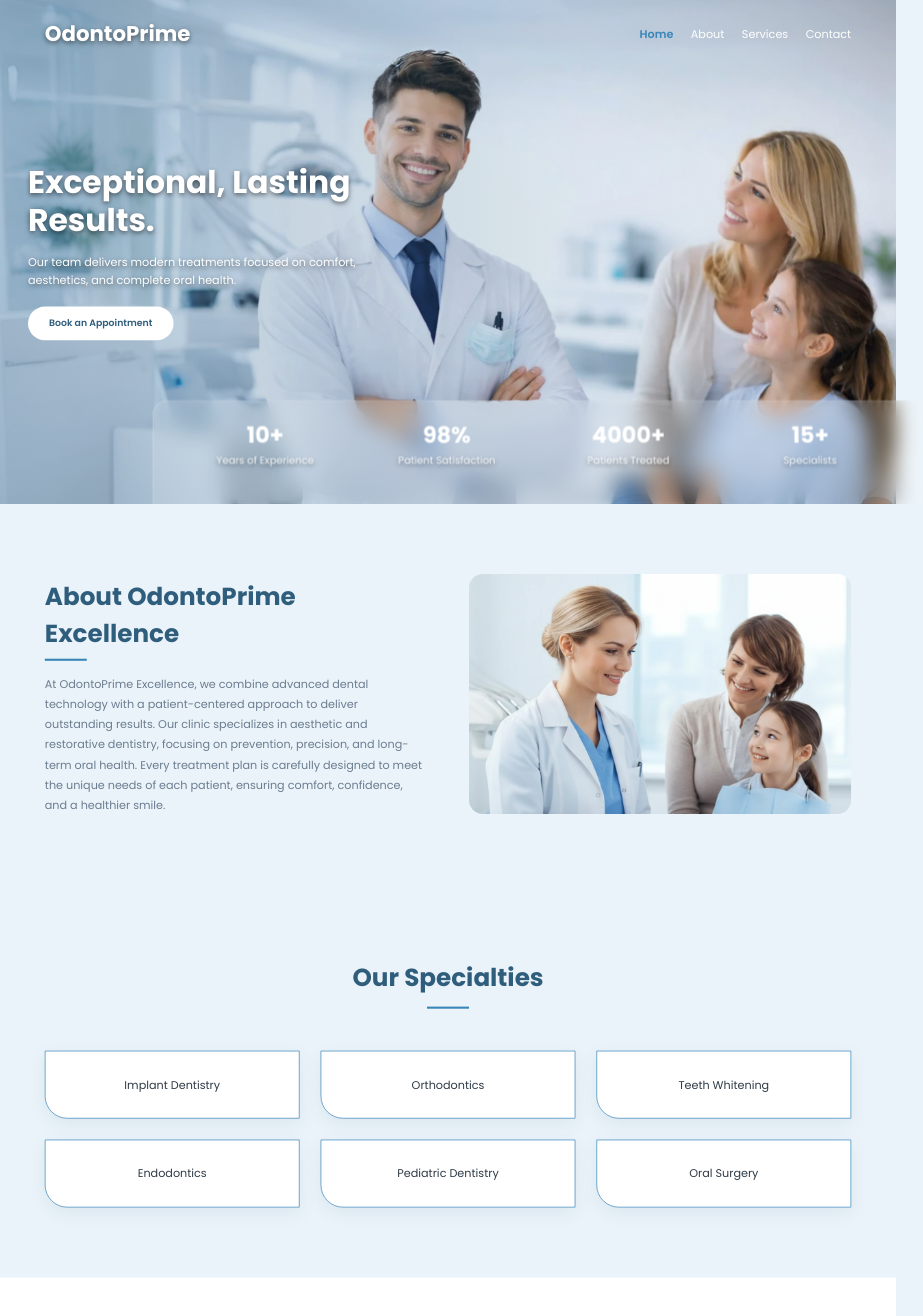
Repository: davidfsillva/OdontoPrime
Page: index.html
An editor plug-in stored every save of this project. The page is shown before and after the next save, followed by the edit.
The browser window is 1280 px wide. The page is 1318 px wide, so the pictures cover 1318 px, including what lies to the right of the window. The pictures show the part of the page from y = 0 to 1880 px (the page is 2680 px tall before and 2705 px after), at 70% of full size.

Above is the page before, as saved 2026-02-16 22:21:39.

### index.html
<!DOCTYPE html>
<html lang="en">
<head>
<meta charset="UTF-8">
<meta name="viewport" content="width=device-width, initial-scale=1.0">
<title>OdontoPrime Excellence</title>

<link rel="stylesheet" href="style.css">
<link href="https://fonts.googleapis.com/css2?family=Poppins:wght@300;400;600;700&display=swap" rel="stylesheet">
</head>

<body>

<header>
    <div class="container nav-container">
        <div class="logo">OdontoPrime</div>

        <nav id="nav">
            <a href="index.html" class="active">Home</a>
            <a href="about.html">About</a>
            <a href="services.html">Services</a>
            <a href="contact.html">Contact</a>
        </nav>

        <div class="menu-toggle" onclick="toggleMenu()">☰</div>
    </div>
</header>

<!-- HERO -->
<section class="hero">
    <div class="container hero-content">
        <div class="hero-text">
            <h1>
                Exceptional, Lasting Results.
            </h1>

            <p>
                Our team delivers modern treatments focused on comfort,
                aesthetics, and complete oral health.
            </p>

            <button class="btn">Book an Appointment</button>
        </div>
    </div>

    <!-- GLASS CARD STATS -->
    <div class="hero-stats">
        <div class="stat-item">
            <h2>10+</h2>
            <p>Years of Experience</p>
        </div>

        <div class="stat-item">
            <h2>98%</h2>
            <p>Patient Satisfaction</p>
        </div>

        <div class="stat-item">
            <h2>4000+</h2>
            <p>Patients Treated</p>
        </div>

        <div class="stat-item">
            <h2>15+</h2>
            <p>Specialists</p>
        </div>
    </div>
</section>

<!-- ABOUT PREVIEW -->
<section class="about-preview">
    <div class="container about-grid">
        <div class="about-text">
            <h2>About OdontoPrime Excellence</h2>
            <p>
                At OdontoPrime Excellence, we combine advanced dental technology with a patient-centered approach to deliver outstanding results.
                Our clinic specializes in aesthetic and restorative dentistry, focusing on prevention, precision, and long-term oral health.
                Every treatment plan is carefully designed to meet the unique needs of each patient, ensuring comfort, confidence, and a healthier smile.
            </p>
        </div>

        <div class="about-image">
            <img src="img/md.cl.webp" alt="Professional dentist">
        </div>
    </div>
</section>

<!-- SPECIALTIES -->
<section class="departments">
    <div class="container">
        <h2>Our Specialties</h2>

        <div class="dept-grid">
            <div class="card">Implant Dentistry</div>
            <div class="card">Orthodontics</div>
            <div class="card">Teeth Whitening</div>
            <div class="card">Endodontics</div>
            <div class="card">Pediatric Dentistry</div>
            <div class="card">Oral Surgery</div>
        </div>
    </div>
</section>

<!-- WHY CHOOSE US -->
<section class="why-us">
    <div class="container">
        <h2>Why Choose OdontoPrime?</h2>

        <div class="dept-grid">

            <div class="card why-card">
                <img src="img/tecn.png" alt="Modern dental technology">
                <div class="card-content">
                    <h3>Modern Technology</h3>
                    <p>Advanced equipment for precise and comfortable treatments.</p>
                </div>
            </div>

            <div class="card why-card">
                <img src="img/expd.png" alt="Experienced dentist">
                <div class="card-content">
                    <h3>Experienced Dentists</h3>
                    <p>Highly trained professionals dedicated to your smile.</p>
                </div>
            </div>

            <div class="card why-card">
                <img src="img/conft.png" alt="Patient comfort">
                <div class="card-content">
                    <h3>Comfort-Focused Care</h3>
                    <p>A relaxing environment designed entirely around patient well-being.</p>
                </div>
            </div>


        </div>
    </div>


        <div>
            <a href="services.html" class="btn-view">View All Services</a>
        </div>
    </div>

</section>

<footer>
    <p>© 2026 OdontoPrime - All Rights Reserved</p>
</footer>

<script>
function toggleMenu(){
    document.getElementById("nav").classList.toggle("active");
}
</script>

</body>
</html>

### style.css
:root{

    --primary-blue: #2F5D7C;
    --secondary-blue: #4F7FA3;
    --accent-blue: #3A86B9;

    --bg-light: #EAF3F9;
    --white: #FFFFFF;
    --off-white: #E6EEF5;

    --text-dark: #2E3A46;
    --text-medium: #6B7C8F;

    --hero-gradient-start: rgba(47, 93, 124, 0.95);
    --hero-gradient-end: rgba(79, 127, 163, 0.85);

    --shadow-soft: 0 5px 20px rgba(47, 93, 124, 0.08);
}

*{
    margin:0;
    padding:0;
    box-sizing:border-box;
    font-family:'Poppins', sans-serif;
}

body{
    background:var(--bg-light);
    color:var(--text-dark);
}

.container{
    width:90%;
    max-width:1200px;
    margin:auto;
}

/* HEADER */

nav{
    display:flex;
    align-items:center;
}

header{
    position:absolute;
    width:100%;
    padding:25px 0;
    z-index:1000;
    background:transparent;
}

.nav-container{
    display:flex;
    justify-content:space-between;
    align-items:center;
}

.logo{
    font-weight:700;
    font-size:1.9rem;
    color:var(--white);
    text-shadow: 0 3px 8px rgba(0, 0, 0, 0.5);
}

nav a{
    margin-left:25px;
    text-decoration:none;
    color:var(--white);
    font-weight:500;
    transition:0.3s;
}

nav a:hover{
    color:var(--accent-blue);
}

.menu-toggle{
    display:none;
    font-size:24px;
    cursor:pointer;
    color:var(--white);
}

nav a.active{
    color: var(--accent-blue);
    font-weight: 600;
    position: relative;
}

/* HERO */

.hero{
    min-height:100vh;
    display:flex;
    align-items:center;
    background:
    linear-gradient(to right,
    rgba(79, 127, 163, 0.438),
    rgba(58, 134, 185, 0.048)),
    url('img/hero.webp') center/cover no-repeat;
    color:var(--white);
    padding:0 0;
    position:relative;
}

.hero-content{
    width:100%;
}

.hero-text{
    max-width:600px;
}

.hero h1{
    font-size:2.8rem;
    margin-bottom:20px;
    font-weight:700;
    line-height:1.2;
    text-shadow: 0 3px 8px rgba(0, 0, 0, 0.5);
}

.hero p{
    margin-bottom:25px;
    max-width:500px;
    font-size:16px;
    line-height:1.6;
    color:var(--white);
    text-shadow: 0 3px 8px rgba(0, 0, 0, 0.5);
}

.hero-about{
    background: var(--primary-blue);
    min-height: 60vh;
}


/* HERO STATS */

.hero-stats{
    position:absolute;
    bottom:0px;
    left:60%;
    transform:translateX(-50%);
    width:90%;
    max-width:1100px;
    display:grid;
    grid-template-columns:repeat(auto-fit, minmax(180px,1fr));
    gap:20px;
    padding:25px 40px;
    background:rgba(255,255,255,0.15);
    backdrop-filter:blur(15px);
    -webkit-backdrop-filter:blur(15px);
    border-radius:20px 0px 0px 0px;
    border:1px solid rgba(255,255,255,0.2);
}

.stat-item{
    text-align:center;
    color:var(--white);
}

.stat-item h2{
    font-size:2rem;
    font-weight:700;
}

.stat-item p{
    font-size:0.9rem;
    opacity:0.9;
}

/* BUTTONS */

.btn{
    padding:14px 30px;
    background:var(--white);
    border:none;
    color:var(--primary-blue);
    font-weight:600;
    border-radius:30px;
    cursor:pointer;
    transition:0.3s;
}

.btn:hover{
    background:var(--accent-blue);
    color:var(--white);
    transform:translateY(-3px);
}

.btn-view {
    padding:14px 30px;
    background:var(--accent-blue);
    border:none;
    color:var(--white);
    font-weight:600;
    border-radius:30px;
    cursor:pointer;
    transition:0.3s;
    text-decoration: none;
    text-align: center;
    display: block;
    width: fit-content;
    margin:40px auto 0;
}

.btn-view:hover {
    transform: translateY(-5px);
    box-shadow: 0 15px 30px rgba(0,0,0,0.2);
}

/* ABOUT */
.about-image{
    position:relative;
    overflow:hidden;
}


.about-preview{
    padding:100px 0;
}

.about-grid{
    display:grid;
    grid-template-columns:1fr 1fr;
    gap:60px;
    align-items:center;
}

.about-text h2{
    font-size:2.2rem;
    color:var(--primary-blue);
    margin-bottom:20px;
    position:relative;
}

.about-text h2::after{
    content:"";
    width:60px;
    height:3px;
    background:var(--accent-blue);
    display:block;
    margin-top:10px;
}

.about-text p{
    font-size:16px;
    line-height:1.8;
    color:var(--text-medium);
}

.about-grid img:not(.lead-dentist){
    width:100%;
    border-radius:20px;
}

.lead-dentist {
    border-radius: 30px; /* cantos arredondados */
    width: 60%;
    height: auto;
    margin: 0 auto;
    box-shadow: 0 8px 20px rgba(0,0,0,0.2); /* opcional: sombra suave */
    display: flex;
    justify-content: center; /* centraliza horizontalmente */
    align-items: center;     /* centraliza verticalmente se tiver altura */
}

/* DEPARTMENTS */

.departments{
    padding:100px 0;
}

.departments h2{
    text-align:center;
    font-size:2.2rem;
    color:var(--primary-blue);
    margin-bottom:60px;
    position:relative;
}

.departments h2::after{
    content:"";
    width:60px;
    height:3px;
    background:var(--accent-blue);
    display:block;
    margin:15px auto 0;
}

.dept-grid{
    display:grid;
    grid-template-columns: repeat(auto-fit, minmax(280px, 1fr));
    gap:30px;
}


.card {
    background:var(--white);
    padding:35px 25px;
    text-align:center;
    border-radius:18px;
    box-shadow:0 8px 25px rgba(47,93,124,0.08);
    transition:0.3s ease;


    border-radius: 0 0 0 32px;
    border:1px solid #3A86B9;

}

.why-card{
    border: none;
}


.card:hover{
    transform:translateY(-6px);
    box-shadow:0 15px 35px rgba(47,93,124,0.15);
}

/* Imagens dos cards de especialistas */
.why-us .card img {
    width: 220px;  /* aumenta para 120px de largura */
    height: auto; /* garante que fique quadrada */
    object-fit: cover; /* mantém proporção e recorta se necessário */
    border-radius: 50%; /* deixa redonda */
    margin: 0 auto 15px auto; /* centraliza horizontalmente e dá espaçamento abaixo */
    display: block;
}


.card h3{
    font-size:18px;
    margin-bottom:12px;
    color:var(--primary-blue);
}

.card p{
    font-size:14px;
    line-height:1.6;
    color:var(--text-medium);
}

/* WHY SECTION FULL IMAGE CARDS */

.why-card {
    position: relative;
    overflow: hidden;
    padding: 0;
    height: 350px;
    border-radius: 20px;
}

.why-card img {
    width: 100%;
    height: 100%;
    object-fit: cover;
    display: block;
}

.why-card .card-content {
    position: absolute;
    bottom: 0;
    width: 100%;
    padding: 25px;
    background: linear-gradient(
        to top,
        rgba(0,0,0,0.75),
        rgba(0,0,0,0.2)
    );
    color: var(--white);
}

.why-card h3 {
    margin-bottom: 8px;
    color: var(--white);
}

.why-card p {
    color: rgba(255,255,255,0.9);
    font-size: 14px;
}


/* WHY US */

.why-us{
    padding:100px 0;
    background:var(--white);
}

.why-us h2{
    text-align:center;
    font-size:2.2rem;
    margin-bottom:60px;
    color:var(--primary-blue);
    position:relative;
}

.why-us h2::after{
    content:"";
    width:60px;
    height:3px;
    background:var(--accent-blue);
    display:block;
    margin:15px auto 0;
}

.contact-grid{
    display:grid;
    grid-template-columns:1fr 1fr;
    gap:60px;
    align-items:start;
}


/* FOOTER */

footer{
    background:var(--primary-blue);
    color:var(--white);
    text-align:center;
    padding:30px;
    font-size:14px;
}

/* RESPONSIVE */

/* =========================
   RESPONSIVE
========================= */
@media (max-width: 768px) {

    /* NAVIGATION */
    nav {
        position: absolute;
        top: 80px;
        right: 0;
        background: var(--white);
        flex-direction: column;
        width: 200px;
        display: none;
        box-shadow: var(--shadow-soft);
    }

    nav a {
        padding: 15px;
        margin: 0;
        border-bottom: 1px solid var(--off-white);
        color: var(--text-dark);
    }

    nav.active {
        display: flex;
    }

    .menu-toggle {
        display: block;
    }

        /* HERO INTERNO (about, services, contact) */
    .hero-about,
    .hero-services,
    .hero-contact {
        min-height: 45vh;
        display: flex;
        align-items: center;
        justify-content: center;
        text-align: center;
        padding: 100px 20px 40px;
    }

    .hero-about h1,
    .hero-services h1,
    .hero-contact h1 {
        font-size: 1.6rem;
    }

    .hero-about p,
    .hero-services p,
    .hero-contact p {
        font-size: 0.95rem;
        max-width: 100%;
        margin: 0 auto;
    }

    /* ABOUT GRID */
    .about-grid {
        grid-template-columns: 1fr;
        gap: 30px;
        text-align: center;
    }

    .about-text h2 {
        font-size: 1.6rem;
    }

    /* DEPARTMENTS / SERVICES GRID */
    .dept-grid {
        grid-template-columns: 1fr;
        gap: 20px;
    }

    .card {
        padding: 25px 20px;
    }

    /* WHY SECTION */
    .why-us {
        padding: 70px 0;
    }

    .why-card {
        height: 280px;
    }

    /* CONTACT PAGE (caso tenha form grid) */
    .contact-grid {
        grid-template-columns: 1fr;
        gap: 30px;
    }

    .contact-form input,
    .contact-form textarea {
        width: 100%;
    }

    .hero {
        flex-direction: column;
        justify-content: center;
        align-items: center;
        text-align: center;
        padding: 20px 20px 0;
        background:
            linear-gradient(to top,
            rgba(47, 93, 124, 0.048),
            rgba(47, 93, 124, 0.2)),
            url('img/hero-mobile.webp') center/cover no-repeat;
    }



    .hero h1 {
        font-size: 1.8rem;
    }

    .hero p {
        max-width: 100%;
    }

        .hero-stats {
        left: 50%;
        transform: translateX(-50%);
        width: 95%;
        max-width: 100%;
        border-radius: 20px 20px 0 0;
        padding: 10px 12px 10px;
        gap: 1px;
        grid-template-columns: repeat(2, 1fr);
    }

    .stat-item h2 {
        font-size: 1.4rem;
    }

    .stat-item p {
        font-size: 0.75rem;
    }



}

After the next save:
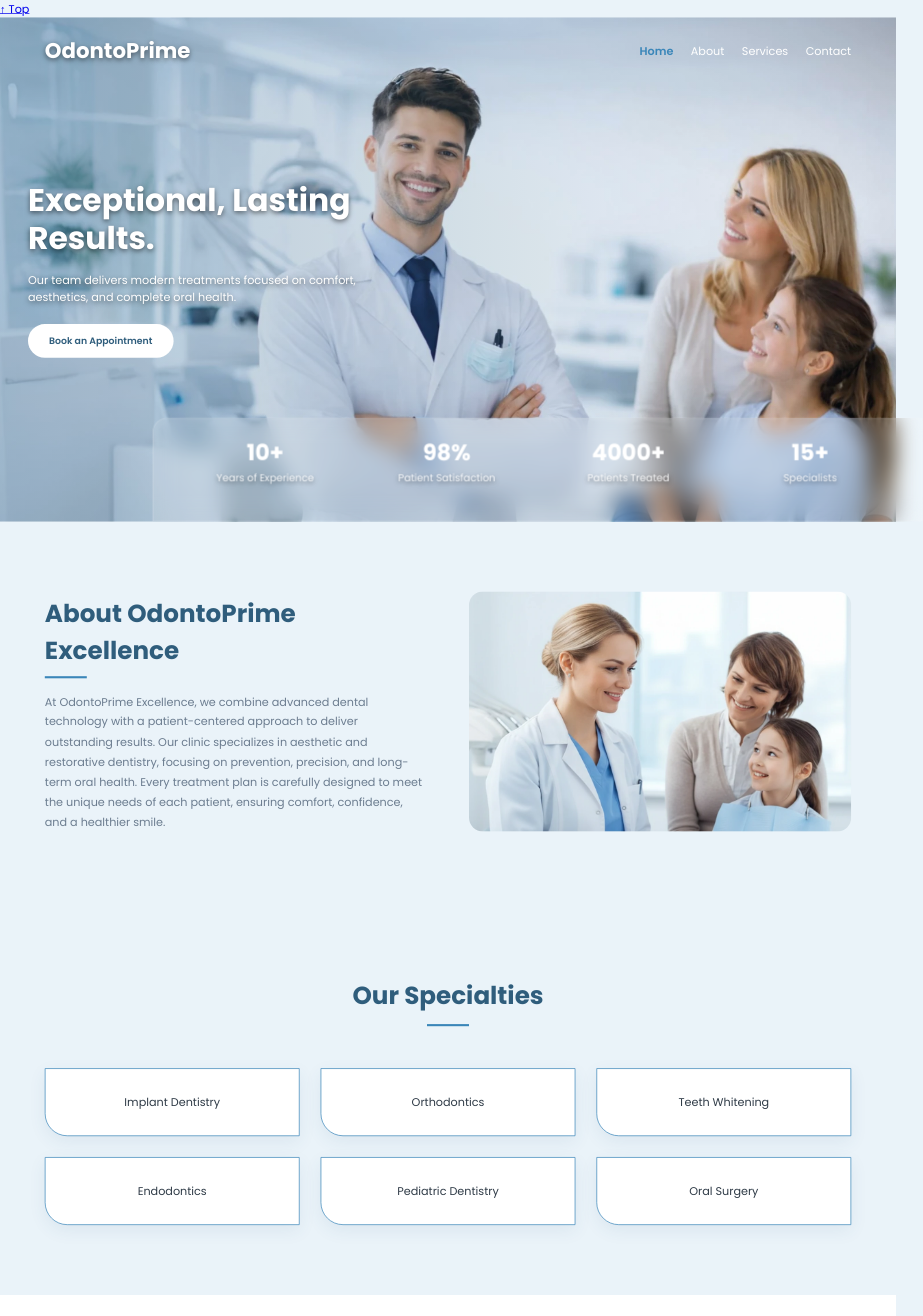
Saved 78 s later.
--- a/index.html
+++ b/index.html
@@ -8,6 +8,8 @@
 <link rel="stylesheet" href="style.css">
 <link href="https://fonts.googleapis.com/css2?family=Poppins:wght@300;400;600;700&display=swap" rel="stylesheet">
 </head>
+<!-- BOTÃO VOLTAR AO TOPO -->
+<a href="#" class="back-to-top" id="backToTop">↑ Top</a>
 
 <body>
 
